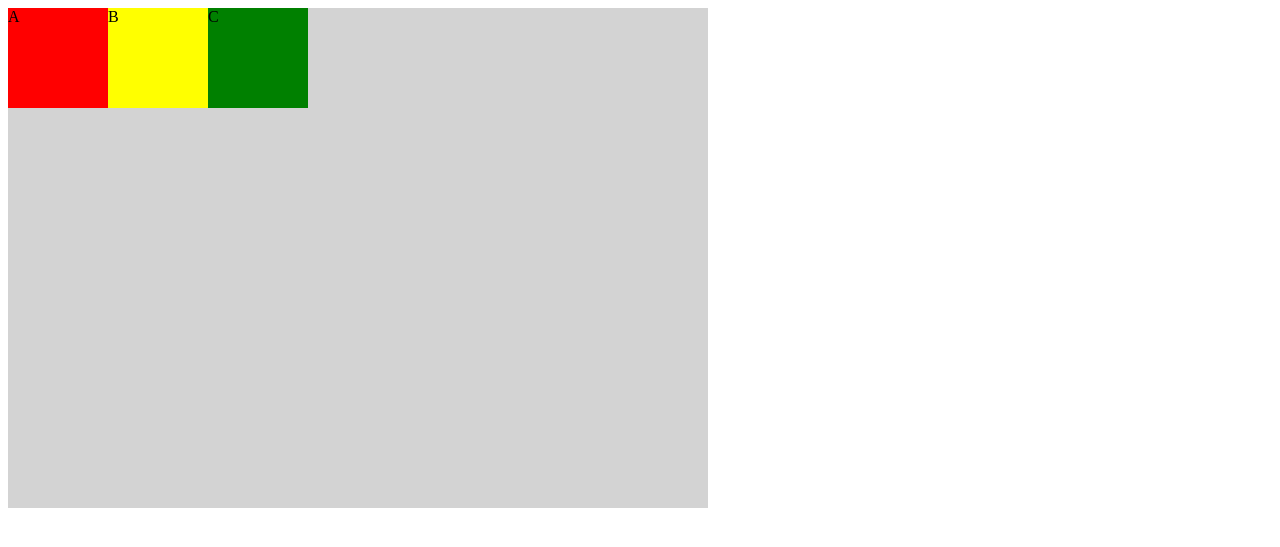
Repository: 4forces/HTML-CSS-LESSON
Page: postion.html
The author's editor kept a record of every edit. The page is drawn from the files as they stood at one moment, then again after the next edit.
The browser window is 1280 px wide. The pictures show the whole page.

Above is the page before.

### postion.html
<!DOCTYPE html>
<html lang="en">
<head>
    <meta charset="UTF-8">
    <meta name="viewport" content="width=device-width, initial-scale=1.0">
    <meta http-equiv="X-UA-Compatible" content="ie=edge">
    <title>Document</title>
    <style>
        .outer-box{
            height:500px;
            width:700px;
            background : lightgrey;
            display : flex;
            /*justify-content: space-around;*/
            /*align-items: center;*/
            /*flex-direction:column;*/
        }
        .boxa{
            height:100px;
            width:100px;
        }
        .boxb{
            height:100px;
            width:100px;
        }
        .boxc{
            height:100px;
            width:100px;
        }
    </style>
</head>
<body>
    <div class="outer-box">
        <div class="boxa" style='background:red'>A</div>
        <div class="boxb" style='background:yellow'>B</div>
        <div class="boxc" style='background:green'>C</div>
    </div>
</body>
</html>

After the next edit:
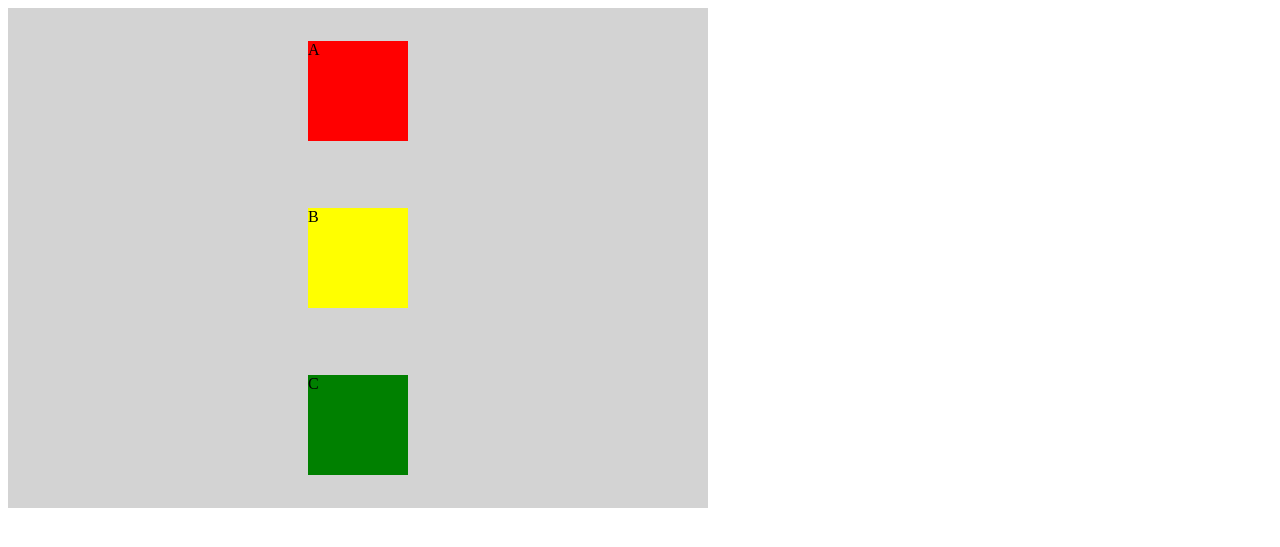
The edit:
--- a/postion.html
+++ b/postion.html
@@ -11,9 +11,9 @@
             width:700px;
             background : lightgrey;
             display : flex;
-            /*justify-content: space-around;*/
-            /*align-items: center;*/
-            /*flex-direction:column;*/
+            justify-content: space-around;
+            align-items: center;
+            flex-direction:column;
         }
         .boxa{
             height:100px;
